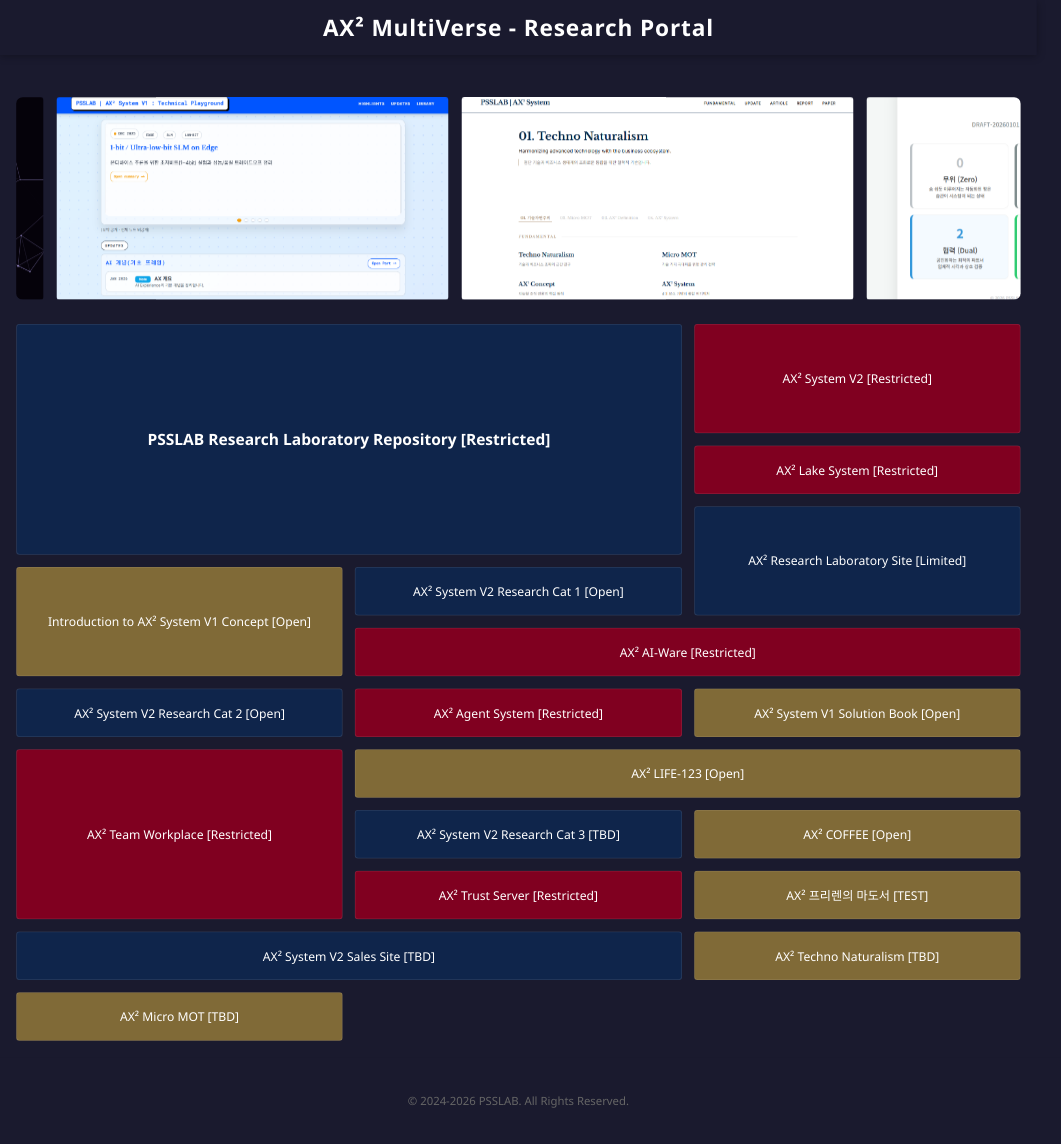
Repository: hycse89/PSSLAB_OpenSite
Page: psslab_multiverse_v3.html
These files come from the project's save history. The page is drawn as it stood at one moment and after a run of saves; the edit follows.
The browser window is 1280 px wide. The page is 1310 px wide, so the pictures cover 1310 px, including what lies to the right of the window. The pictures show the whole page, at 81% of full size.

Above is the page before, as saved 2026-01-11 21:06:20.

### psslab_multiverse_v3.html
<!DOCTYPE html>
<html lang="en">
<head>
    <meta charset="UTF-8">
    <meta name="viewport" content="width=device-width, initial-scale=1.0">
    <title>PSSLAB MultiVerse Campus - Mondrian Edition</title>

    <link rel="icon" type="image/png" href="favicon.png">

    <style>
        /* General Page Styles */
        body {
            margin: 0;
            background-color: #1a1a2e;
            font-family: 'Segoe UI', Arial, sans-serif;
            display: flex;
            flex-direction: column;
            align-items: center;
            min-height: 100vh;
            color: #ffffff;
        }

        /* Fixed Header */
        .header {
            position: fixed;
            top: 0;
            left: 0;
            width: 100%;
            background-color: #1a1a2e;
            color: #ffffff;
            z-index: 1000;
            padding: 15px 0;
            box-shadow: 0 2px 10px rgba(0,0,0,0.3);
        }

        .header h1 {
            font-size: 28px;
            margin: 0;
            text-align: center;
            letter-spacing: 1px;
        }

        /* Main content container */
        .main-content {
            margin-top: 100px;
            width: 100%;
            max-width: 1400px;
            display: flex;
            flex-direction: column;
            align-items: center;
            padding: 20px;
            box-sizing: border-box;
        }

        /* Image Slider Container */
        .slider-container {
            width: 100%;
            overflow: hidden;
            margin-bottom: 30px;
            border-radius: 8px;
        }

        .slider-wrapper {
            display: flex;
            width: calc(500px * 13);
            animation: scroll 60s linear infinite;
        }

        .slider-image {
            width: 500px;
            height: 250px;
            flex-shrink: 0;
            padding: 0 8px;
            box-sizing: border-box;
        }

        .slider-image img {
            width: 100%;
            height: 100%;
            object-fit: cover;
            border-radius: 4px;
        }

        @keyframes scroll {
            0% { transform: translateX(0); }
            100% { transform: translateX(calc(-500px * 11)); }
        }

        /* --- Mondrian Grid Layout System --- */
        .link-container {
            display: grid;
            /* 최소 너비 350px 확보 */
            grid-template-columns: repeat(auto-fill, minmax(350px, 1fr));
            /* 60px 단위의 눈금 설정 */
            grid-auto-rows: 60px;
            gap: 15px;
            width: 100%;
            /* 빈 공간을 최적으로 메워주는 설정 */
            grid-auto-flow: dense;
        }

        /* Link Button Base Style */
        .link-button {
            display: flex;
            align-items: center;
            justify-content: center;
            padding: 20px;
            font-size: 15px;
            color: white;
            text-decoration: none;
            border-radius: 4px;
            transition: all 0.3s cubic-bezier(0.25, 0.8, 0.25, 1);
            text-align: center;
            box-sizing: border-box;
            line-height: 1.4;
            border: 1px solid rgba(255,255,255,0.1);
        }

        .link-button:hover {
            transform: scale(1.01);
            filter: brightness(1.2);
            box-shadow: 0 5px 15px rgba(0,0,0,0.3);
            z-index: 2;
        }

        /* --- Mondrian Size Classes (Proportional) --- */
        /* 가로 비중 */
        .w-1 { grid-column: span 1; }
        .w-2 { grid-column: span 2; }

        /* 세로 비중 (60px의 배수) */
        .h-1 { grid-row: span 1; } /* 120px + gap */
        .h-2 { grid-row: span 2; } /* 240px + gap */
        .h-3 { grid-row: span 3; } /* 360px + gap */

        /* 특수 크기: 제목 강조형 */
        .size-hero { grid-column: span 2; grid-row: span 4; font-size: 1.2rem; font-weight: bold; }

        /* Button Colors */
        .color-1 { background-color: #0F254B; }
        .color-2 { background-color: #800020; }
        .color-3 { background-color: #806a37; }

        footer {
            width: 100%;
            padding: 30px;
            text-align: center;
            background-color: #1a1a2e;
            color: #666;
            font-size: 14px;
        }

        /* Responsive */
        @media (max-width: 768px) {
            .link-container { grid-template-columns: 1fr; }
            .w-2, .h-2, .h-3, .size-hero { grid-column: span 1; grid-row: span 2; }
        }
    </style>
</head>
<body>

    <header class="header">
        <h1>AX² MultiVerse - Research Portal</h1>
    </header>

    <main class="main-content">
        <div class="slider-container">
            <div class="slider-wrapper">
                <div class="slider-image"><img src="./images/Image2.png" alt="2"></div>
                <div class="slider-image"><img src="./images/Image21.png" alt="21"></div>
                <div class="slider-image"><img src="./images/Image22.png" alt="22"></div>
                <div class="slider-image"><img src="./images/Image31.png" alt="31"></div>
                <div class="slider-image"><img src="./images/Image32.png" alt="32"></div>
                <div class="slider-image"><img src="./images/Image11.png" alt="11"></div>
                <div class="slider-image"><img src="./images/Image3.png" alt="3"></div>
                <div class="slider-image"><img src="./images/Image4.png" alt="4"></div>
                <div class="slider-image"><img src="./images/Image5.png" alt="5"></div>
                <div class="slider-image"><img src="./images/Image1.png" alt="1"></div>
                <div class="slider-image"><img src="./images/Image2.png" alt="2"></div>
            </div>
        </div>

        <div class="link-container">
            <a href="https://github.com/hycse89" class="link-button color-1 size-hero">PSSLAB Research Laboratory Repository [Restricted]</a>

            <a href="http://localhost:8008" class="link-button color-2 h-2">AX² System V2 [Restricted]</a>

            <a href="http://localhost:8004" class="link-button color-2 h-1">AX² Lake System [Restricted]</a>

            <a href="https://hycse89.github.io/PSSLAB_OpenSite/ax2_research_lab/" class="link-button color-1 h-2">AX² Research Laboratory Site [Limited]</a>

            <a href="ax2_v1_concept/ax2_homepage.html" class="link-button color-3 h-2">Introduction to AX² System V1 Concept [Open]</a>

            <a href="ax2_v1_20260101/index.html" class="link-button color-1 h-1">AX² System V2 Research Cat 1 [Open]</a>

            <a href="http://localhost:8002" class="link-button color-2 w-2 h-1">AX² AI-Ware [Restricted]</a>

            <a href="ax2_v2_20260101/index.html" class="link-button color-1 h-1">AX² System V2 Research Cat 2 [Open]</a>

            <a href="http://localhost:8003" class="link-button color-2 h-1">AX² Agent System [Restricted]</a>

            <a href="ax2_v1_concept/solution_book/index.html" class="link-button color-3 h-1">AX² System V1 Solution Book [Open]</a>

            <a href="http://localhost:8007" class="link-button color-2 h-3">AX² Team Workplace [Restricted]</a>

            <a href="http://localhost:8001/ax_site/ax2_life_123/index.html" class="link-button color-3 w-2 h-1">AX² LIFE-123 [Open]</a>

            <a href="ax2_v3_20260101/index.html" class="link-button color-1 h-1">AX² System V2 Research Cat 3 [TBD]</a>

            <a href="http://localhost:8001/ax_site/ax2_coffee/index.html" class="link-button color-3 h-1">AX² COFFEE [Open]</a>

            <a href="http://localhost:8005" class="link-button color-2 h-1">AX² Trust Server [Restricted]</a>

            <a href="ax2_sales/index.html" class="link-button color-1 w-2 h-1">AX² System V2 Sales Site [TBD]</a>

            <a href="http://localhost:8001/ax_site/ax2_frieren/index.html" class="link-button color-3 h-1">AX² 프리렌의 마도서 [TEST]</a>

            <a href="http://localhost:8001/utils/markdown_viewer.html?file=/ax_research/doc/doc_ax_techno_naturalism_v5.md" class="link-button color-3 h-1">AX² Techno Naturalism [TBD]</a>

            <a href="http://localhost:8001/utils/markdown_viewer.html?file=/ax_research/doc/doc_ax_micro_mot_v2.md" class="link-button color-3 h-1">AX² Micro MOT [TBD]</a>
        </div>
    </main>

    <footer>
        <p>&copy; 2024-2026 PSSLAB. All Rights Reserved.</p>
    </footer>

</body>
</html>

After the next 2 saves:
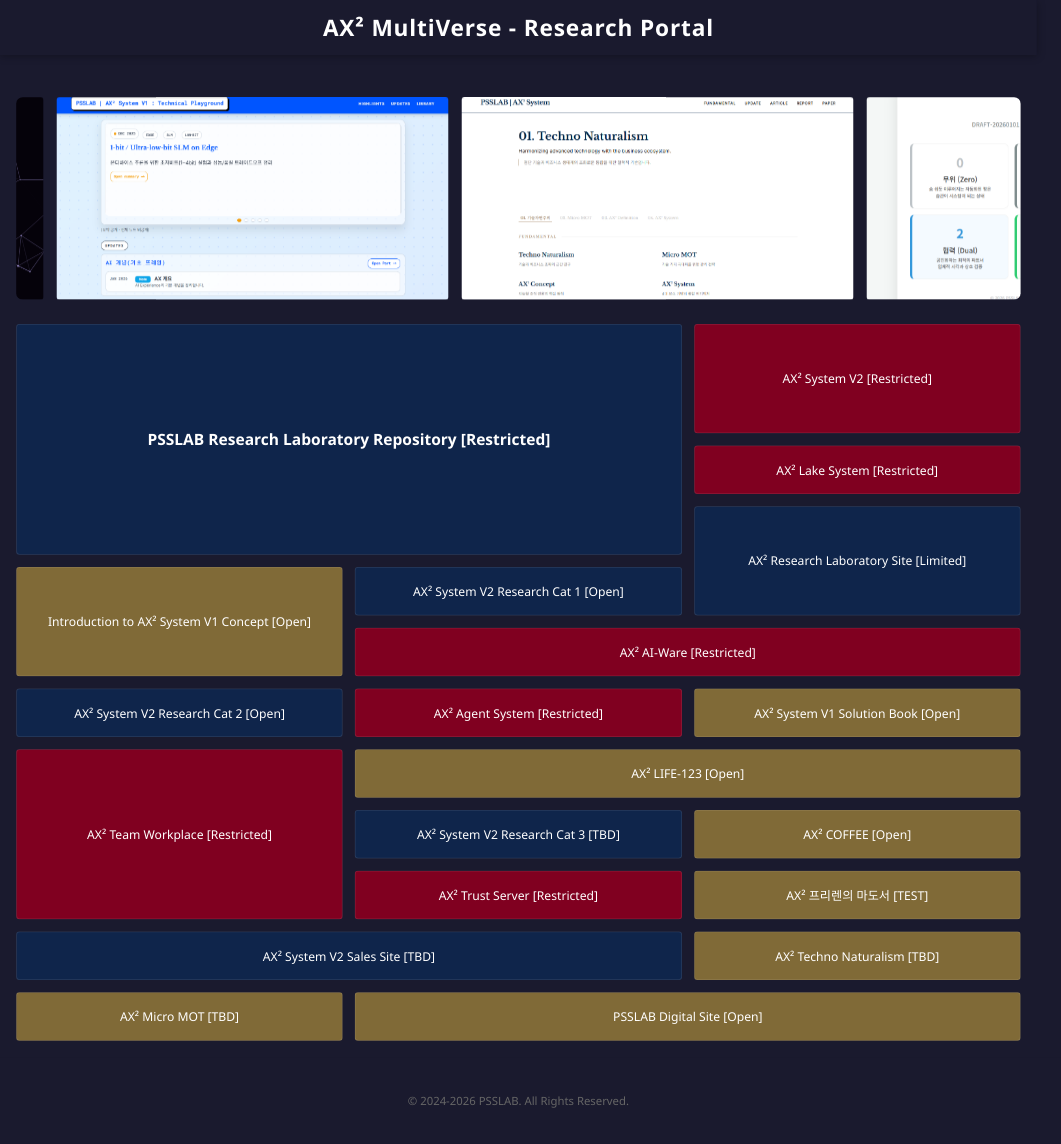
The 2 saves are shown as one change because they came seconds apart.
The last was saved 5 s later.
--- a/psslab_multiverse_v3.html
+++ b/psslab_multiverse_v3.html
@@ -218,6 +218,8 @@
             <a href="http://localhost:8001/utils/markdown_viewer.html?file=/ax_research/doc/doc_ax_techno_naturalism_v5.md" class="link-button color-3 h-1">AX² Techno Naturalism [TBD]</a>
 
             <a href="http://localhost:8001/utils/markdown_viewer.html?file=/ax_research/doc/doc_ax_micro_mot_v2.md" class="link-button color-3 h-1">AX² Micro MOT [TBD]</a>
+
+            <a href="http://www.psslab.co.kr" class="link-button color-3 w-2 h-1">PSSLAB Digital Site [Open]</a>
         </div>
     </main>
 
